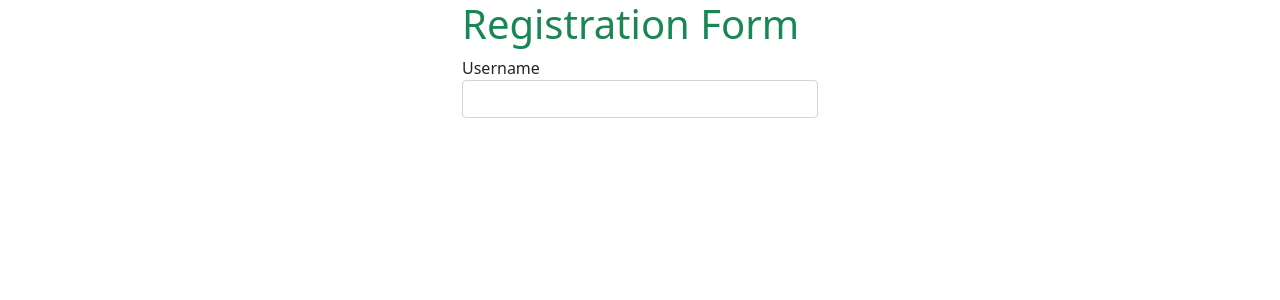
Repository: Laxman877/MyWorkspace
Page: Corejava/Learning_Web/src/main/webapp/boostrapDemo2.html
The author's editor kept a copy of each file at every save. The page is drawn from the files as they stood at one save, then again after the next save.
The browser window is 1280 px wide. The pictures show the whole page.

Above is the page before, as saved 2022-04-27 06:13:49.

### Corejava/Learning_Web/src/main/webapp/boostrapDemo2.html
<!DOCTYPE html>
<html lang="en">
<head>
 <!-- Required meta tags -->
 <meta charset="ISO-8859-1">
    <meta name="viewport" content="width=device-width, initial-scale=1">

    <!-- Bootstrap CSS -->
<link href="https://cdn.jsdelivr.net/npm/bootstrap@5.0.2/dist/css/bootstrap.min.css" rel="stylesheet" integrity="sha384-EVSTQN3/azprG1Anm3QDgpJLIm9Nao0Yz1ztcQTwFspd3yD65VohhpuuCOmLASjC" crossorigin="anonymous">
    <script src="https://cdn.jsdelivr.net/npm/bootstrap@5.0.2/dist/js/bootstrap.bundle.min.js" integrity="sha384-MrcW6ZMFYlzcLA8Nl+NtUVF0sA7MsXsP1UyJoMp4YLEuNSfAP+JcXn/tWtIaxVXM" crossorigin="anonymous"></script>
<title>Hello, World</title>
</head>
<body>
<div class="container">
<div class="row">
<div class="col-md-4"></div>
<div class="col-md-4">

<h1 class="text-success">Registration Form</h1>
<form action="">

<div class="form-group">
<label>Username</label>
<input type="text" class="form-control">
</div>
</form>

</div>
</div>
</div>

</body>
</html>

After the next save:
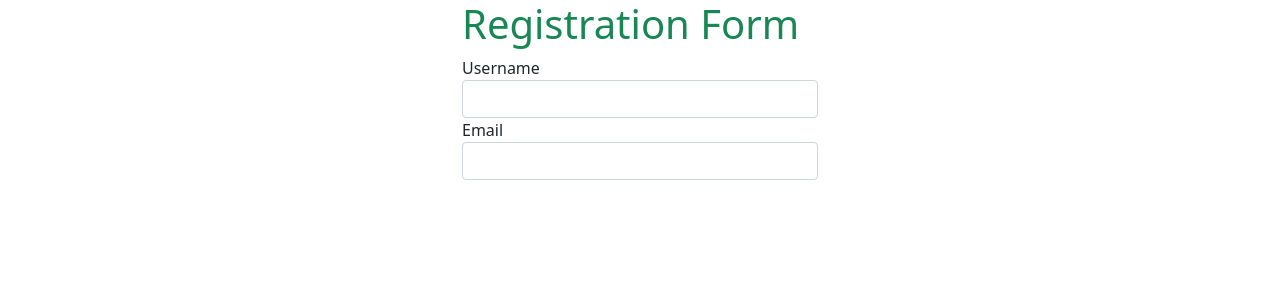
Saved 52 s later.
--- a/Corejava/Learning_Web/src/main/webapp/boostrapDemo2.html
+++ b/Corejava/Learning_Web/src/main/webapp/boostrapDemo2.html
@@ -23,6 +23,10 @@
 <label>Username</label>
 <input type="text" class="form-control">
 </div>
+<div class="form-group">
+<label>Email</label>
+<input type="text" class="form-control">
+</div>
 </form>
 
 </div>
